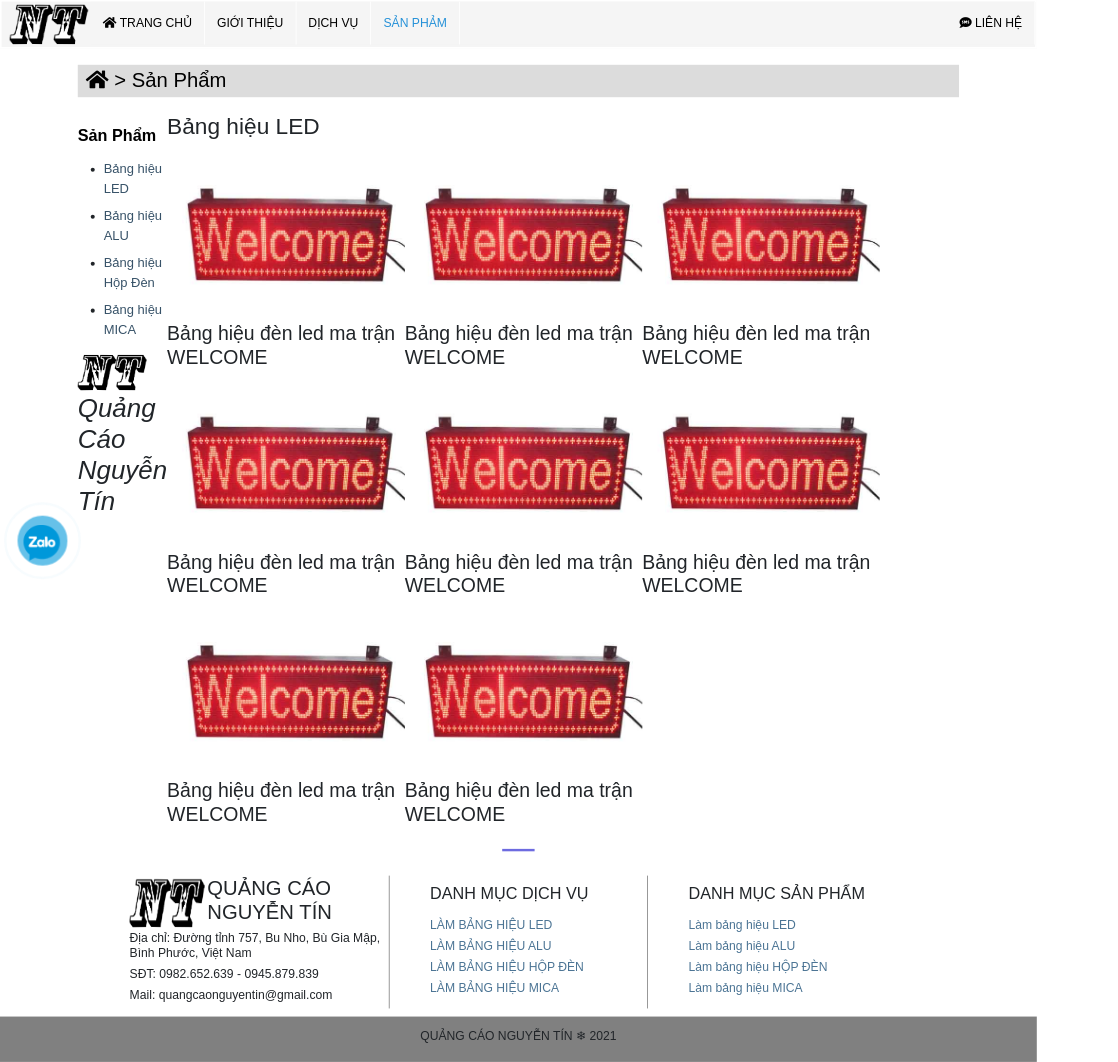
Repository: Haunguyen42193/quangcaonguyentin.github.io
Page: product.html
These files come from the project's save history. The page is drawn as it stood at one moment and after the next save; the edit follows.
The browser window is 1280 px wide. The page is 1280 px wide, then 1380 px, then 1280 px, so the pictures cover 1380 px, including what lies to the right of the window. The pictures show the whole page, at 81% of full size.
Some web fonts or font styles are not loaded; a fallback is used. Some web libraries are served in a nearby version.

Above is the page before, as saved 2021-10-13 16:51:51.
Console error: ReferenceError: init is not defined

After the next save:
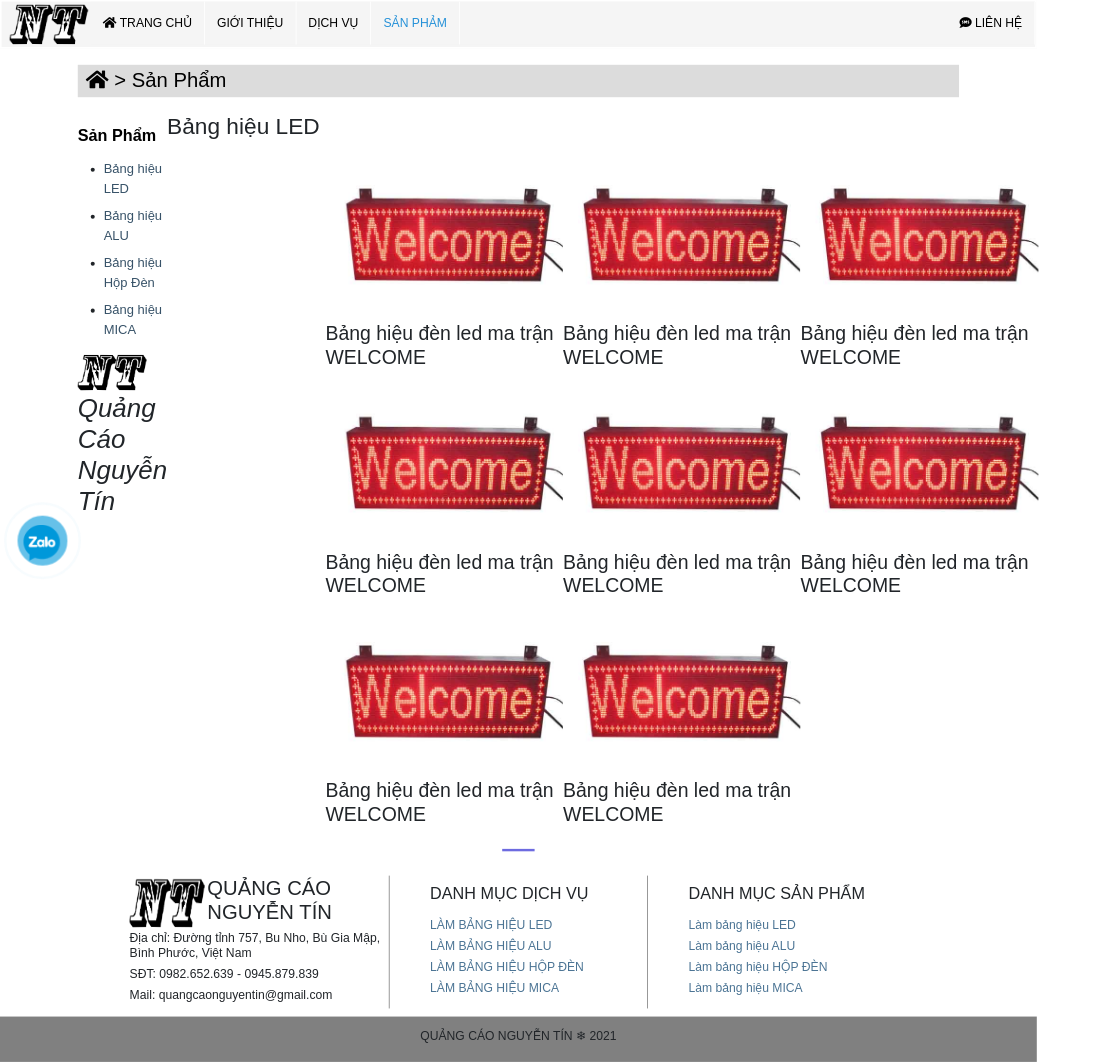
Saved 13 s later.
--- a/CSS/styleproduct.css
+++ b/CSS/styleproduct.css
@@ -324,6 +324,7 @@
     display: flex;
     flex-wrap: wrap;
     position: relative;
+    left: 20%;
 }
 div.product-content-contents > div{
     width: 30%;

After the save that followed:
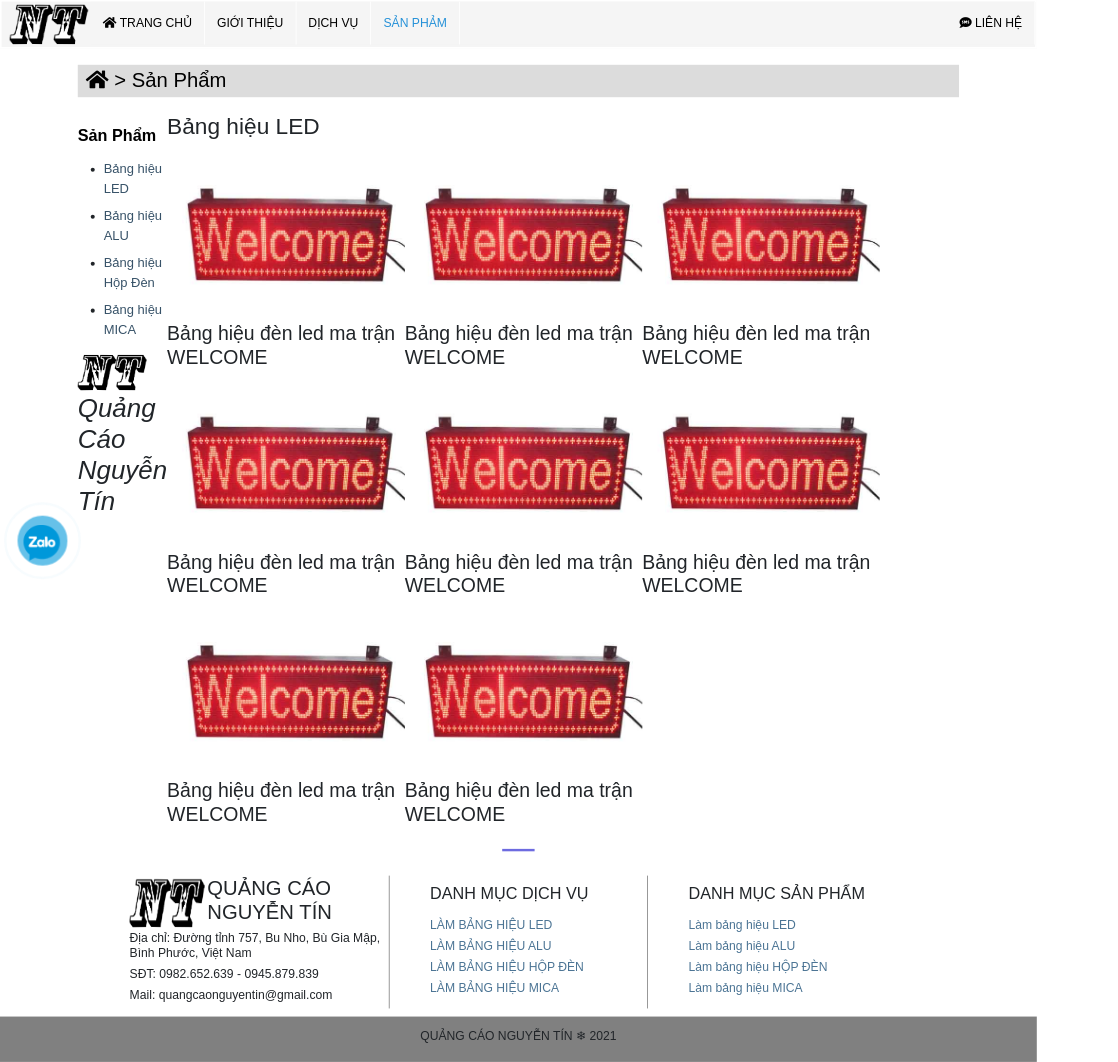
Saved 40 s later.
--- a/CSS/styleproduct.css
+++ b/CSS/styleproduct.css
@@ -324,7 +324,6 @@
     display: flex;
     flex-wrap: wrap;
     position: relative;
-    left: 20%;
 }
 div.product-content-contents > div{
     width: 30%;
